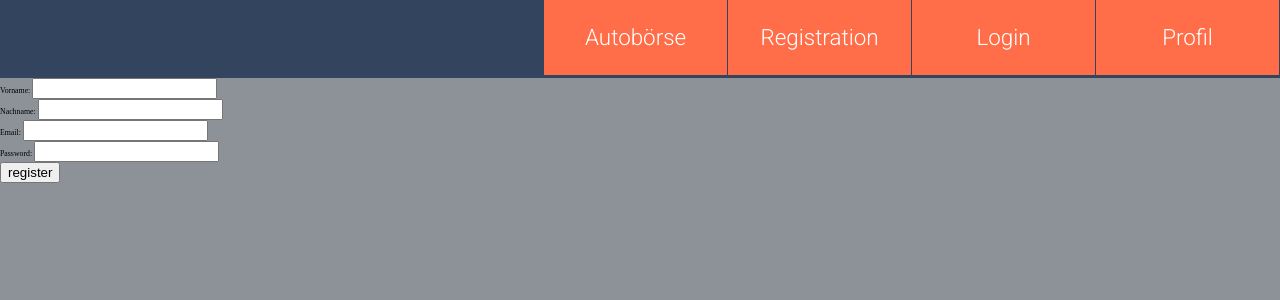
Repository: Turkelten/CarAdminstration
Page: http://localhost/Autobörse/registration.html
The author's editor kept a copy of each file at every save. The page is drawn from the files as they stood at one save, then again after the next save.
The browser window is 1280 px wide. The pictures show the whole page.
The page is served by Tomcat 9. Other server files are loaded and not shown.

Above is the page before, as saved 2020-07-18 17:54:45.

### Autobörse/WebContent/registration.html
<!DOCTYPE html>
<html>
<head>
	<meta name="viewport" content="width=device-width, initial-scale=1.0" charset="ISO-8859-1">
	<title>Autobörse</title>
	<link href="https://fonts.googleapis.com/css2?family=Roboto+Slab:wght@300&family=Roboto:wght@300&display=swap" rel="stylesheet">
	<link href="style.css" rel="stylesheet">
</head>
<body>
	<header>
		<nav id="normal">
			<ul>
			  	<li ><a href="index.html">Autobörse</a></li>
			  	<li ><a class="active" href="registration.html">Registration</a></li>
			  	<li ><a class="active" onclick="document.getElementById('id01').style.display='block'">Login</a></li>
			  	<li ><a class="active" href="userprofil.html">Profil</a>
			  		<ul>
			  			<li ><a onclick="document.getElementById('profildaten').style.display='block'">Daten</a></li>
				  		<li ><a onclick="">Inserat erstellen</a></li>
				  		<li ><a class="active" href="LogoutServlet">Logout</a></li>
			 		</ul>
			  	</li>
			</ul>
		</nav>

		<nav id="mobile">
			<div id="menu">Menü</div>
			<ul>
			  	<li ><a href="index.html">Autobörse</a></li>
			  	<li ><a class="active" href="registration.html">Registration</a></li>
			  	<li ><a class="active" onclick="document.getElementById('id01').style.display='block'">Login</a></li>
			  	<li ><a class="active" href="userprofil.html">Profil</a>
			  		<ul>
			  			<li ><a onclick="document.getElementById('profildaten').style.display='block'">Daten</a></li>
				  		<li ><a onclick="">Inserat erstellen</a></li>
				  		<li ><a class="active" href="LogoutServlet">Logout</a></li>
			 		</ul>
			  	</li>
			</ul>
		</nav>
	</header>

	<div class="page">
		<div class="registration">
			<div class="login">
				<form method="post" action="register">
					 	Vorname:	<input class="inputregister" type="text" name="firstname" /><br/>
				    	Nachname:	<input class="inputregister" type="text" name="lastname" 	/><br/>
						Email:		<input class="inputregister" type="text" name="email" 	/><br/>
				       	Password:	<input class="inputregister" type="password" name="pass" 	/><br/>
				       <input type="submit" value="register" />
			   	</form>
		   	</div>
	   	</div>
   	</div>
</body>
</html>

### Autobörse/WebContent/style.css
body,
html {
  background: #1b2431;
  margin: 0;
  padding: 0;
  font-size: 62.5%;
}

@media screen and (max-width: 600px) {
  body,
  html {
    font-size: 48%;
  }
}

@media screen and (min-width: 600px) {
  body,
  html {
    font-size: 53%;
  }
}

@media screen and (min-width: 800px) {
  body,
  html {
    font-size: 57%;
  }
}

@media screen and (min-width: 1200px) {
  body,
  html {
    font-size: 70%;
  }
}

header {
  background: #33455e;
  position: fixed;
  top: 0;
  width: 100%;
  text-align: right;
  transition: 200ms all;
  height: 7rem;
}

header nav#normal {
  color: #c8354e;
  display: inline-block;
}

@media screen and (max-width: 800px) {
  header nav#normal {
    display: none;
  }
}

header nav#normal ul {
  margin: 0;
  padding: 0;
  transition: all 300ms;
  display: inline-block;
}

header nav#normal ul li {
  margin: 0;
  padding: 0;
  float: left;
  list-style: none;
  position: relative;
  transition: all 300ms;
}

header nav#normal ul li a {
  display: inline-block;
  padding: 2.17rem;
  float: left;
  min-width: 12rem;
  text-align: center;
  font-size: 2rem;
  color: #fff;
  margin: 0 1px 0 0;
  text-decoration: none;
  background: #ff6e48;
  font-weight: 300;
  transition: all 300ms;
  font-family: "Roboto", sans-serif;
}

header nav#normal ul li:hover > a {
  background: #d85d3c;
}

header nav#normal ul li ul {
  overflow: hidden;
  position: absolute;
  top: 100%;
  left: 0;
  width: 100%;
  transition: 300ms all;
  max-height: 0;
}

header nav#normal ul li ul li {
  border-bottom: 1px solid #8c1e31;
}

header nav#normal ul li:hover > ul {
  max-height: 700px;
}

header nav#mobile {
  color: #c8354e;
  display: none;
}

@media screen and (max-width: 800px) {
  header nav#mobile {
    display: block;
  }
}

header nav #menu {
  padding: 2.17rem 5% 2.17rem 5%;
  float: left;
  width: 90%;
  text-align: center;
  font-size: 2rem;
  color: #fff;
  cursor: pointer;
  font-weight: 300;
  transition: all 500ms;
  font-family: "Roboto", sans-serif;
}

header nav#mobile ul {
  width: 100%;
  margin: 0;
  padding: 0;
  max-height: 0;
  transition: all 500ms;
  overflow: hidden;
  float: left;
}

header nav#mobile:hover > ul {
  max-height: 800px;
}

header nav#mobile ul li {
  margin: 0;
  padding: 0;
  float: left;
  width: 100%;
  list-style: none;
  position: relative;
  transition: all 500ms;
}

header nav#mobile ul li a {
  display: inline-block;
  padding: 2.17rem 5% 2.17rem 5%;
  float: left;
  min-width: 12rem;
  width: 90%;
  text-align: center;
  font-size: 2rem;
  color: #fff;
  text-decoration: none;
  background: #c8354e;
  font-weight: 300;
  transition: all 500ms;
  font-family: "Roboto", sans-serif;
}

header nav#mobile ul li:hover > a {
  background: #8c1e31;
}

header nav#mobile ul li ul {
  width: 100%;
  transition: all 500ms;
  max-height: 0;
  overflow: hidden;
  float: left;
}

header nav#mobile ul li ul li {
  display: block;
  float: left;
  background: #8c1e31;
  transition: all 500ms;
}

header nav#mobile ul li ul li a {
  background: #8c1e31;
}

header nav#mobile ul li:hover > ul {
  max-height: 500px;
}

.page {
  	position:fixed;
    padding:0;
    margin:0;

    top:7rem;
    left:0;

    width: 100%;
    height: 100%;
    background:rgba(255,255,255,0.5);
}

.registration {
	margin: auto;
}

After the next save:
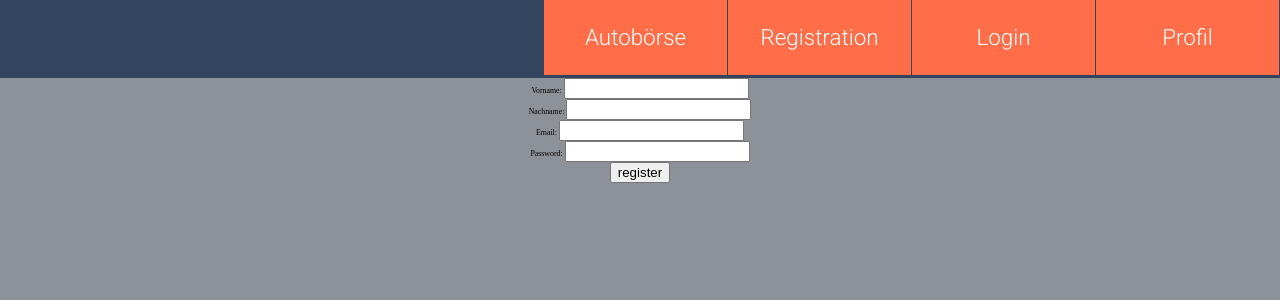
Saved 29 s later.
--- a/Autobörse/WebContent/style.css
+++ b/Autobörse/WebContent/style.css
@@ -214,5 +214,5 @@ header nav#mobile ul li:hover > ul {
 }
 
 .registration {
-	margin: auto;
-}
+	text-align: center
+}
